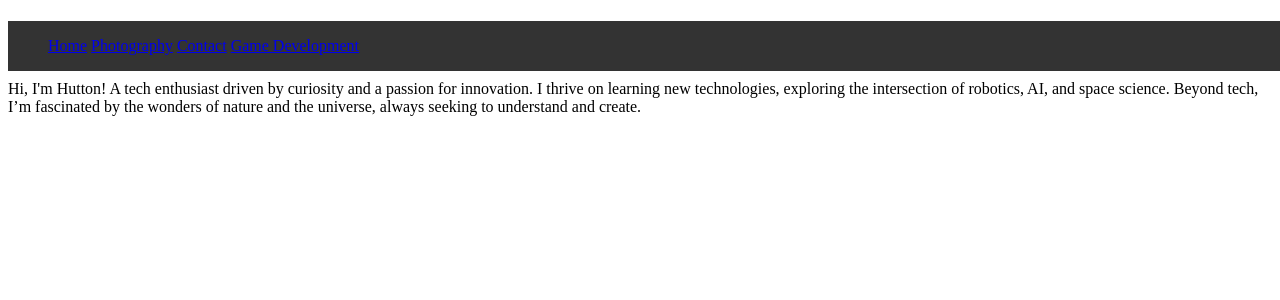
Repository: Argivist/ArgPortfolio
Page: index.html
An editor plug-in stored every save of this project. The page is shown before and after the next save, followed by the edit.
The browser window is 1280 px wide. The pictures show the whole page.

Above is the page before, as saved 2025-03-28 14:49:22.

### index.html
<!DOCTYPE html>
<html lang="en">

<head>
    <meta charset="UTF-8">
    <meta name="viewport" content="width=device-width, initial-scale=1.0">
    <link rel="stylesheet" href="css/styles.css">
    <link rel="stylesheet" href="css/nav.css">

    <title>Hutton Amison-Addy</title>
</head>

<body>
    <nav>
        <ul>
            <li class="nav-content"><a href="index.html">Home</a></li>
            <li class="nav-content"><a href="https://www.instagram.com/theworldinoneseye/">Photography</a></li>

            <li class="dropdown nav-content">
                <a href="contact.html">Contact</a>
                <ul class="dropdown-content">
                    <li><a href="https://www.linkedin.com/in/hutton-amison-addy-7b1b3b1b1/">LinkedIn</a></li>
                    <li><a href="https://www.github.com/Argivist">GitHub</a></li>
                    <li><a href="mailto:hutton.amison@ashesi.edu.gh">hutton.amison@ashesi.edu.gh</a></li>
                    <li><a href="mailto:huttonaaddy.public@gmail.com">huttonaaddy.public@gmail.com</a></li>
                </ul>
            </li>

            <li class="dropdown nav-content">
                <a href="#">Game Development</a>
                <ul class="dropdown-content">
                    <li><a href="game/index.html">Game Development Projects</a></li>
                    <li><a href="blender/index.html">Blender</a></li>
                </ul>
            </li>
        </ul>
    </nav>

    <div>
        <h1>This is me!</h1>
        <p class="desc">
            Hi, I'm Hutton! A tech enthusiast driven by curiosity and a passion for innovation. I thrive on learning new technologies, exploring the intersection of robotics, AI, and space science. Beyond tech, I’m fascinated by the wonders of nature and the universe, always seeking to understand and create.
        </p>
    </div>

</body>

</html>

### css/nav.css
/* NAV Content and Dropdown */
.nav-content{
    position: relative;
    display: inline-block;
}
.dropdown:hover .dropdown-content{
    display: block;
}
.dropdown-content{
    display: none;
    position: absolute;
    background-color: #f9f9f9;
    min-width: 160px;
    box-shadow: 0px 8px 16px 0px rgba(0,0,0,0.2);
    z-index: 1;
}

/* Nav Stlisation */
nav{
    background-color: #333;
    overflow: hidden;
    position: fixed;
    width: 100%;
    z-index: 100;
}

Loaded but not shown: css/styles.css (no stored copy; drawn as an empty file)

After the next save:
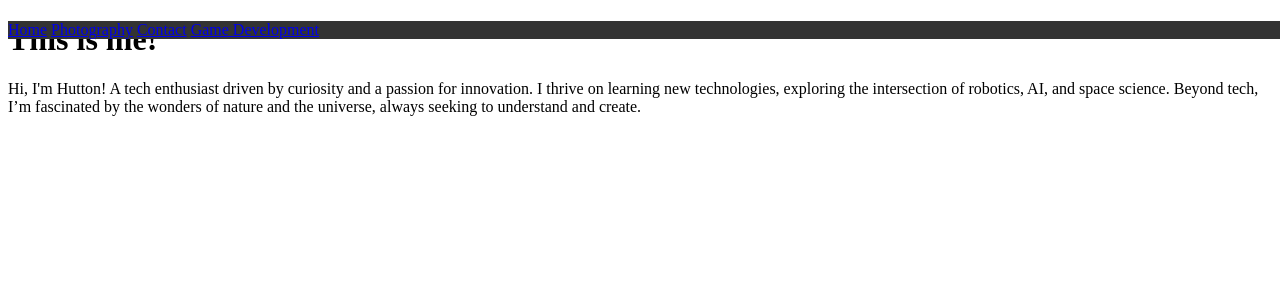
Saved 24 s later.
--- a/css/nav.css
+++ b/css/nav.css
@@ -23,3 +23,9 @@ nav{
     width: 100%;
     z-index: 100;
 }
+nav ul{
+    list-style-type: none;
+    margin: 0;
+    padding: 0;
+    overflow: hidden;
+}
